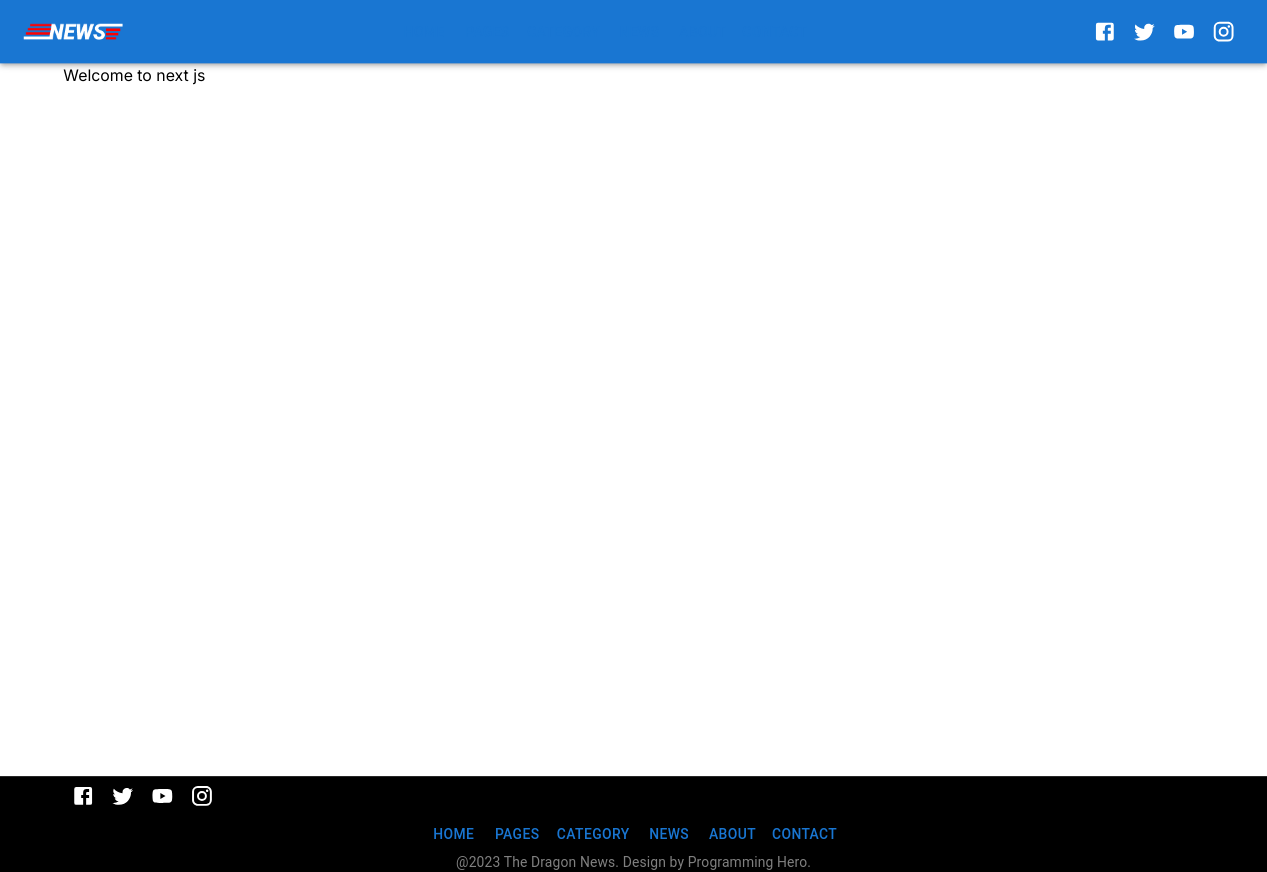
Repository: Wahid137/daily-news-nextjs
Page: /
An editor plug-in stored every save of this project. The page is shown before and after the next save, followed by the edit.
The browser window is 1280 px wide. The pictures show the whole page, at 99% of full size.
The project was rebuilt for these pictures with package versions that can differ from the ones it lists, and the page was loaded fresh each time. The framework's server and built-in components were replaced by stand-ins that run in the browser. Also part of the build but not shown: next.config.mjs.

Above is the page before, as saved 2024-02-22 15:08:41.

After the next save:
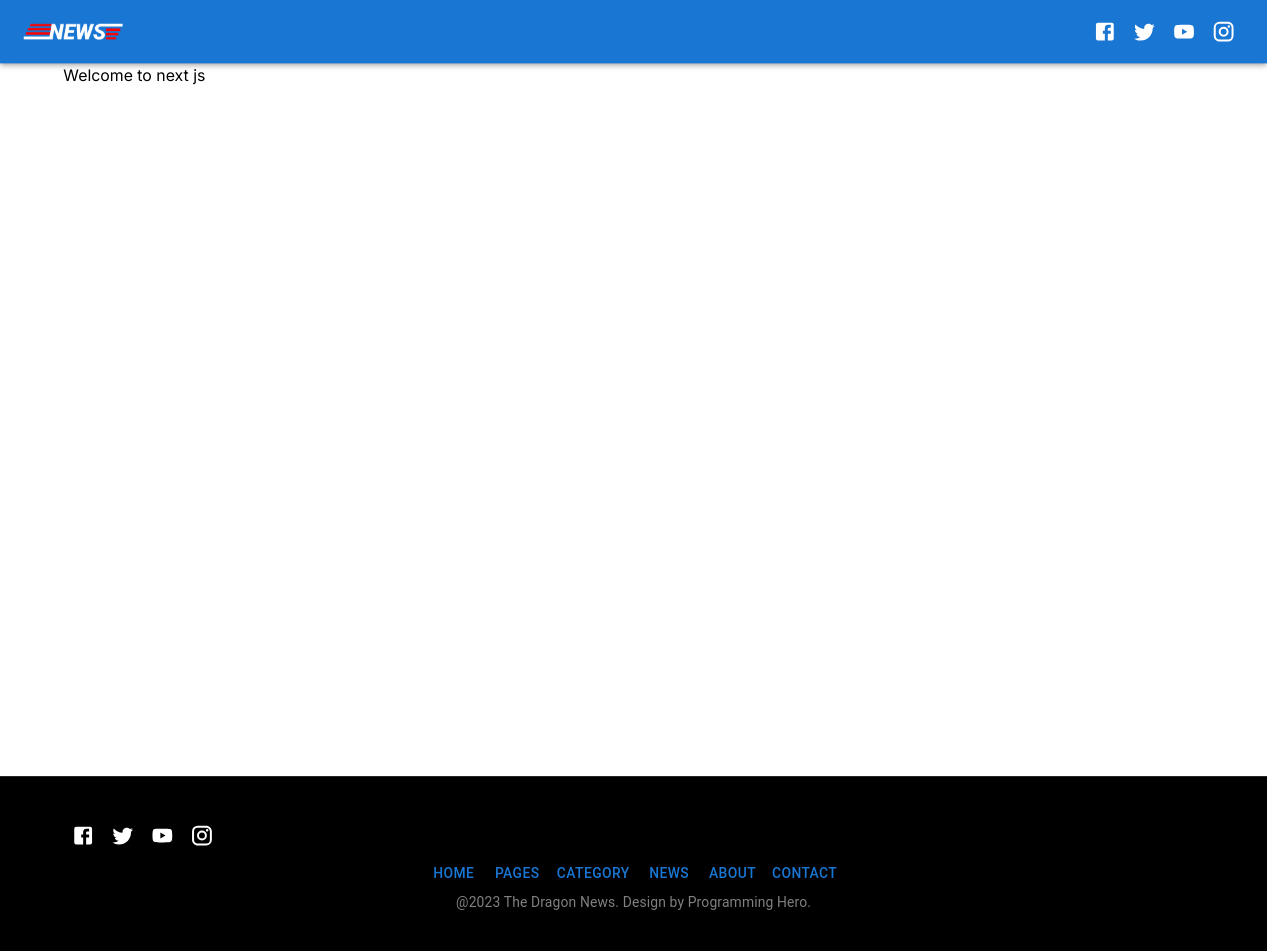
Saved 27 s later.
--- a/src/components/shared/Footer.js
+++ b/src/components/shared/Footer.js
@@ -33,7 +33,7 @@ const Footer = () => {
         },
     ];
     return (
-        <Box className="bg-black">
+        <Box className="bg-black px-2 py-10">
             <Container>
                 <Box sx={{
                     "& svg": {
